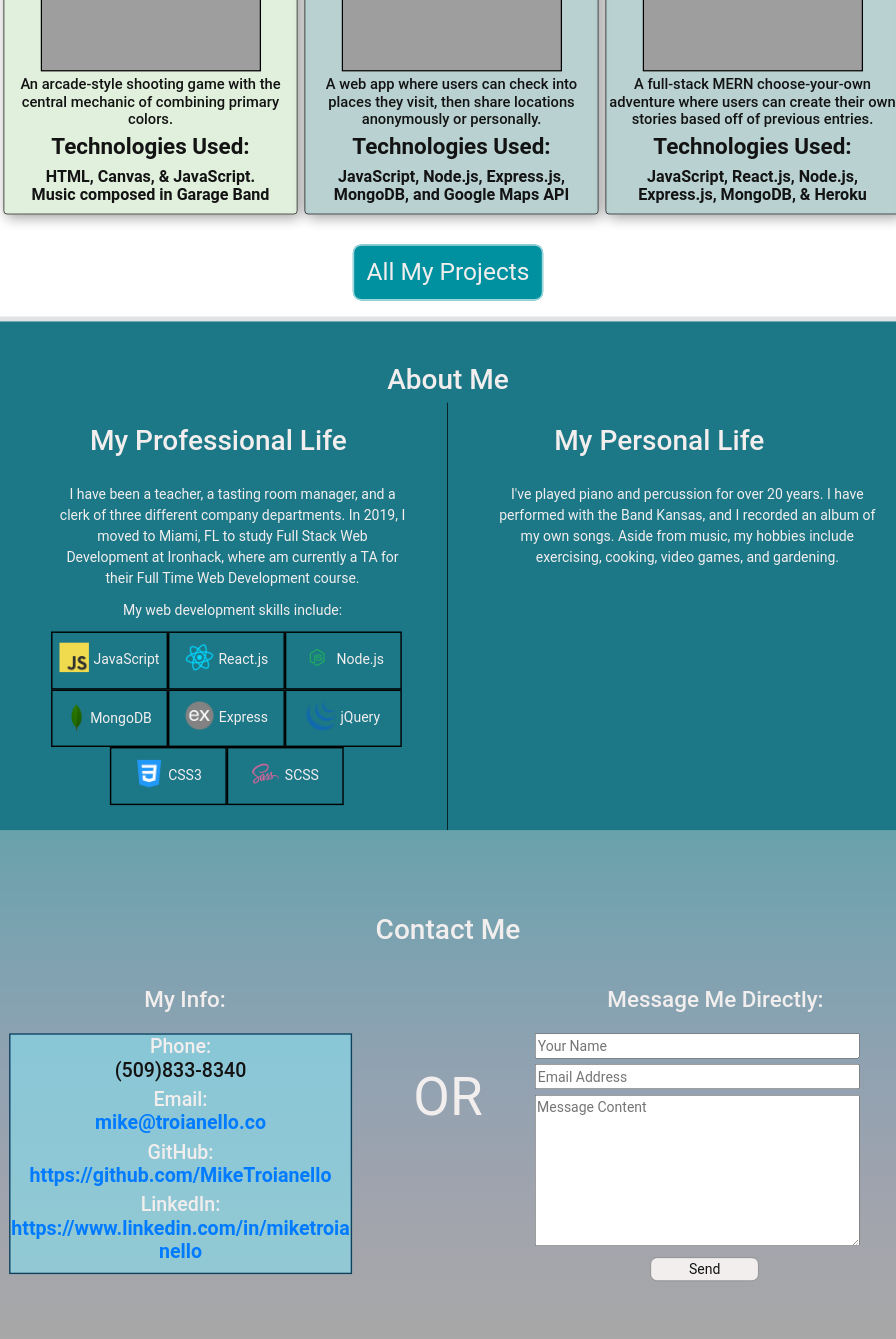
Repository: MikeTroianello/troianello
Page: /
An editor plug-in stored every save of this project. The page is shown before and after the next save, followed by the edit.
The browser window is 1280 px wide. The pictures show the part of the page from y = 773 to 2693 px (the page is 2686 px tall before and 2693 px after), at 70% of full size.
Pictures or frames that could not be fetched are drawn as grey boxes. The project was rebuilt for these pictures with package versions that can differ from the ones it lists, and the page was loaded fresh each time. Also part of the build but not shown: src/components/Greet/Greet.css, src/components/Greet/GreetMobile.css, src/components/locations/Projects.js, src/components/locations/NotFound.js.

Above is the page before, as saved 2019-08-29 17:08:13.

After the next save:
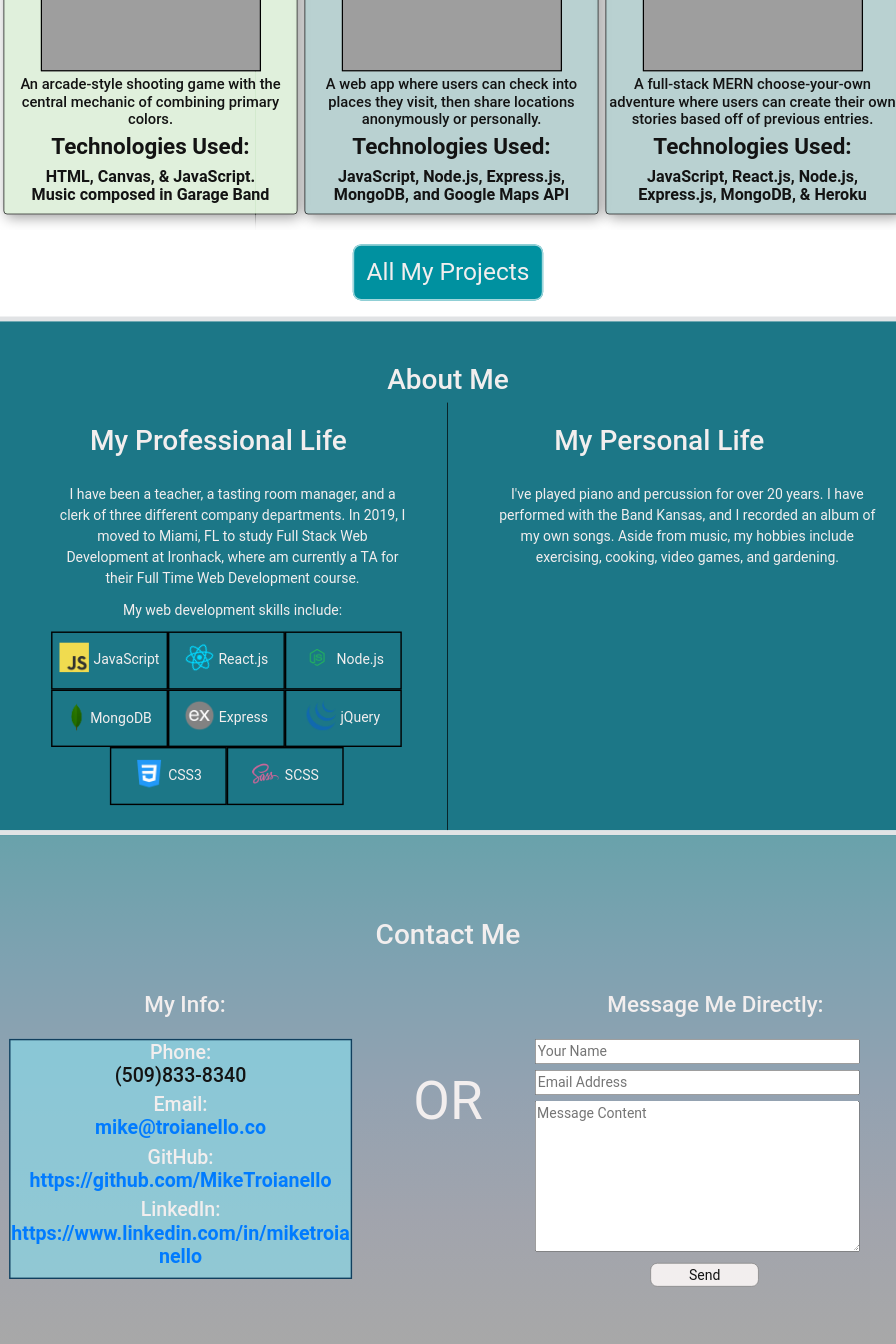
Saved 22 s later.
--- a/src/components/locations/Home/Home.js
+++ b/src/components/locations/Home/Home.js
@@ -48,6 +48,7 @@ export default class Home extends Component {
           </div>
         </div> */}
         <About bg={'about-on-homepage'} />
+        <div className='home-fade2' />
         <Contact bg={'contact-on-homepage'} />
       </div>
     );
